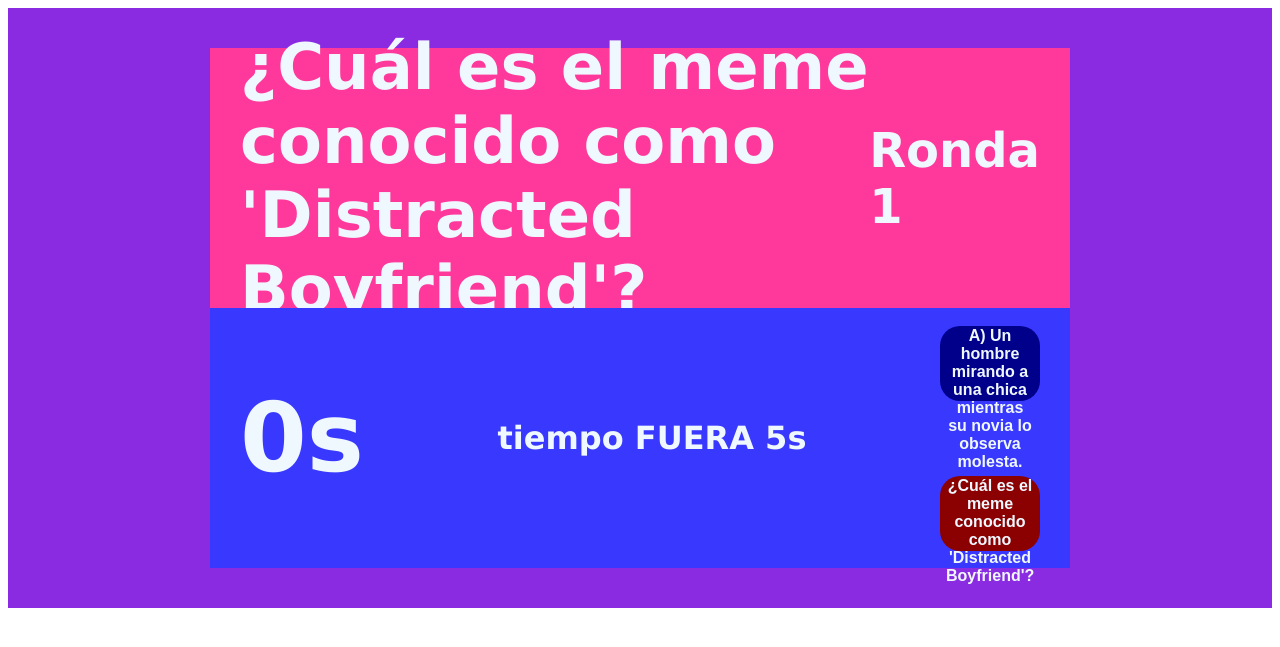
Repository: eschala/Proyecto_Clonaci-n_Kahoot_2023-2
Page: Borrador_Samir_Kahoot_NEW/Prueaba_Validar.html
These files come from the project's save history. The page is drawn as it stood at one moment and after the next save; the edit follows.
The browser window is 1280 px wide. The pictures show the whole page.

Above is the page before, as saved 2023-11-29 15:16:12.

After the next save:
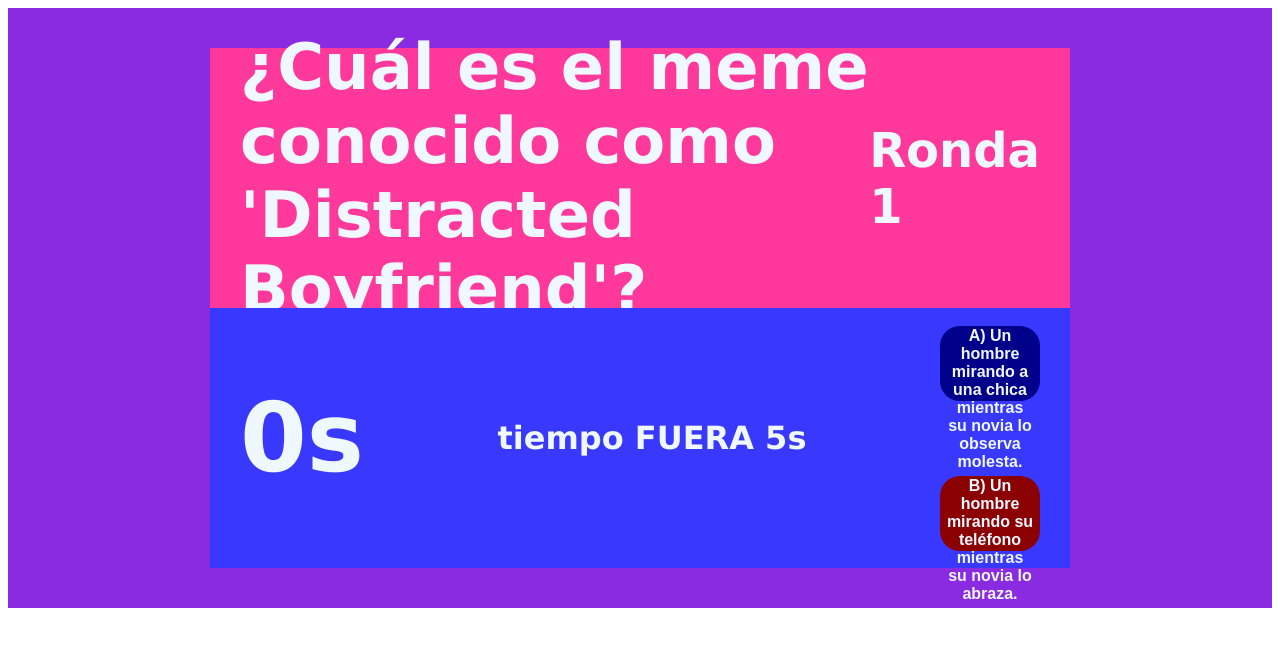
Saved 6 s later.
--- a/Borrador_Samir_Kahoot_NEW/respuesta_VALIDAR.js
+++ b/Borrador_Samir_Kahoot_NEW/respuesta_VALIDAR.js
@@ -72,7 +72,7 @@ var funcionPrueba=()=>{
     pregunta_E.innerHTML=preguntas_String[vacio]
 
     btn_1_E.innerHTML=respuesta_Correcta_String[vacio]
-    btn_2_E.innerHTML=preguntas_String[vacio]
+    btn_2_E.innerHTML=respuesta_String[vacio]
 
 
 }
